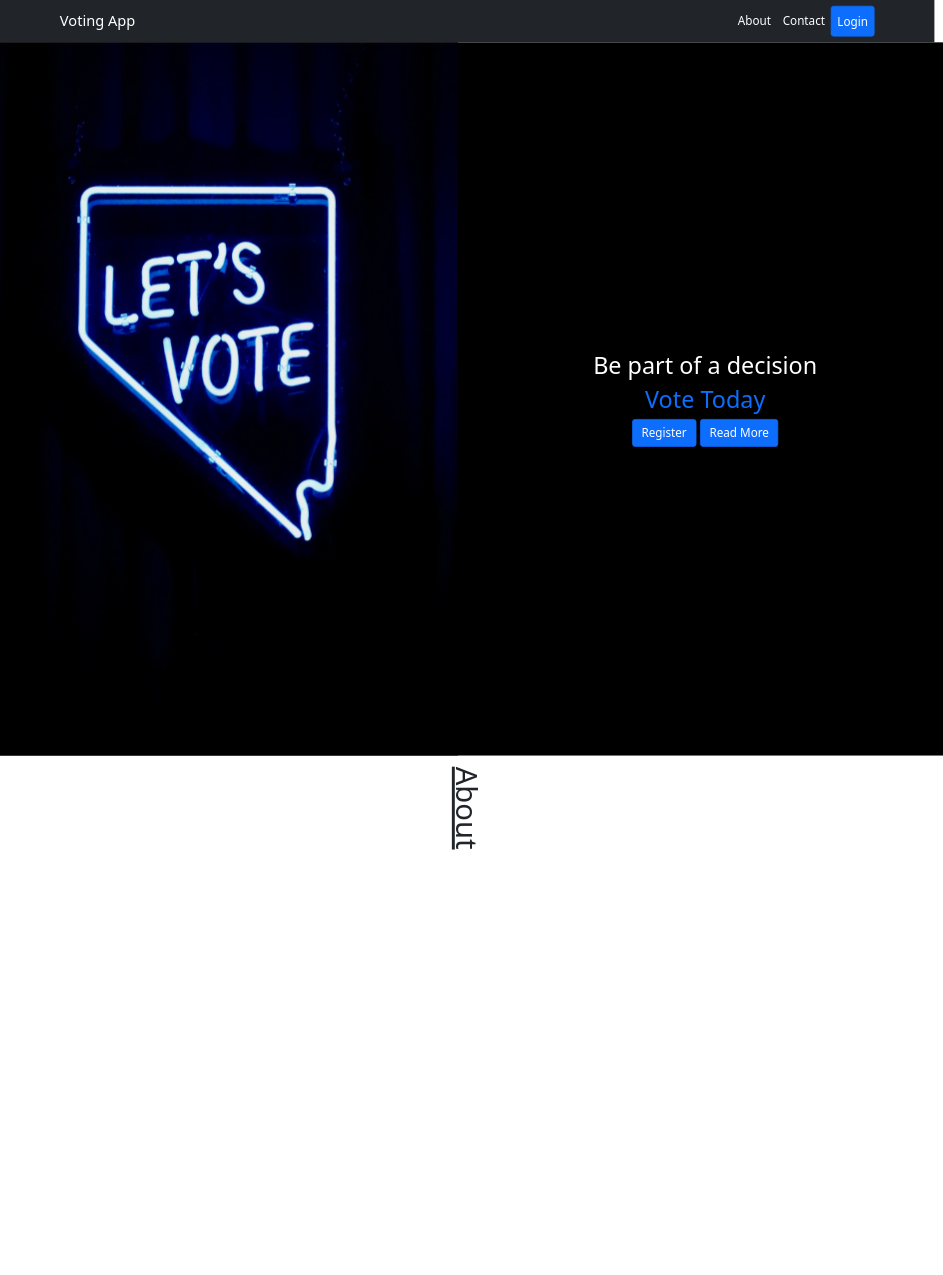
Repository: DavidManiIbrahim/Voting-app
Page: index.html
The author's editor kept a copy of each file at every save. The page is drawn from the files as they stood at one save, then again after the next save.
The browser window is 1280 px wide. The page is 1292 px wide, so the pictures cover 1292 px, including what lies to the right of the window. The pictures show the whole page, at 73% of full size.

Above is the page before, as saved 2025-01-18 03:53:15.

After the next save:
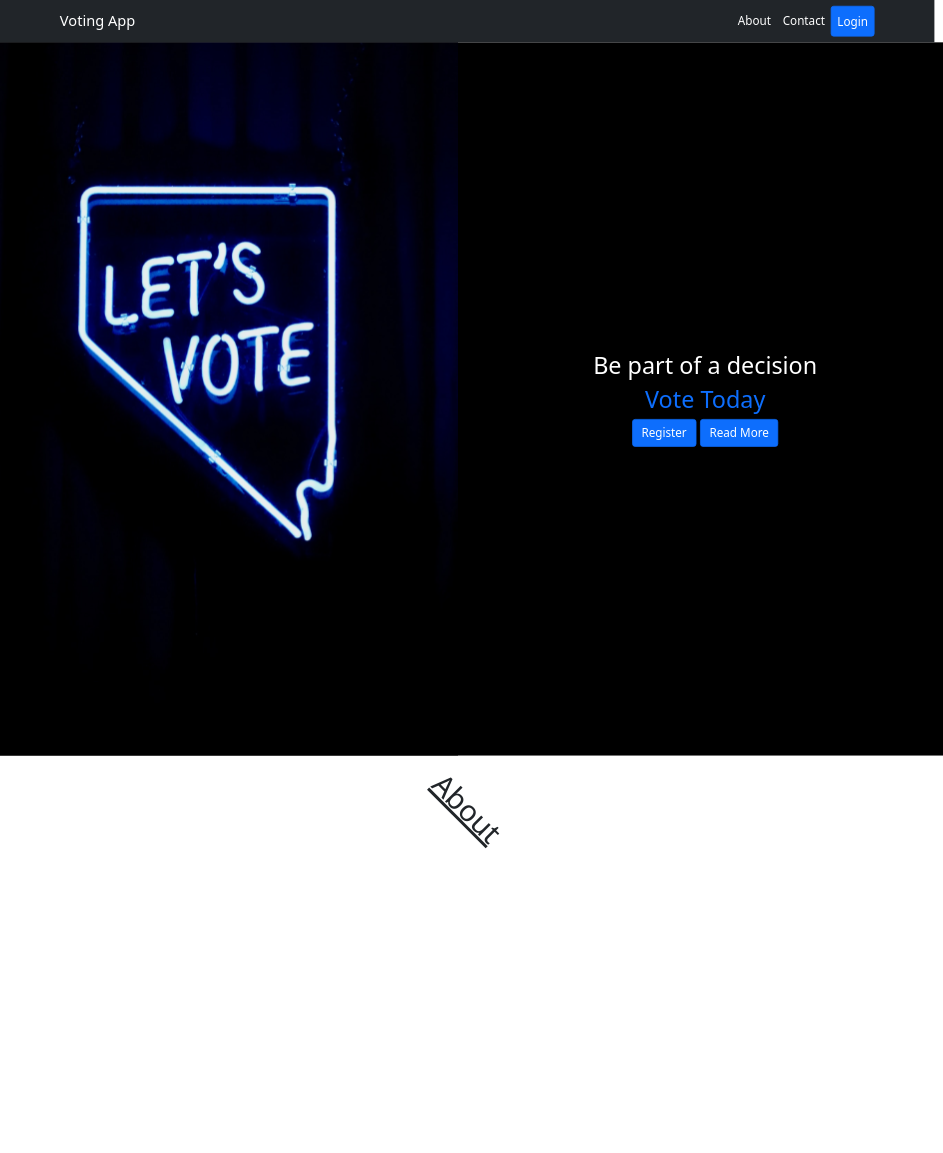
Saved 6 s later.
--- a/styles.css
+++ b/styles.css
@@ -9,5 +9,5 @@
 }
 
 .bdo{
-    rotate: 90deg;
+    rotate: 45deg;
 }
